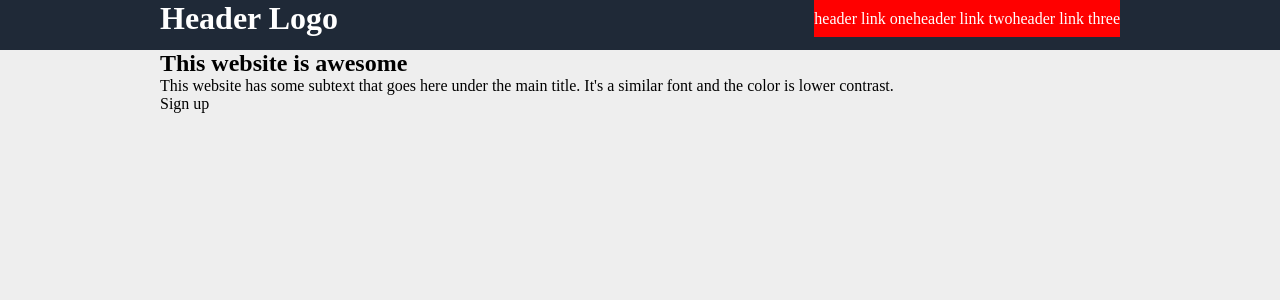
Repository: Pafestivo/Dummy-Landing-Page
Page: index.html
These files come from the project's save history. The page is drawn as it stood at one moment and after the next save; the edit follows.
The browser window is 1280 px wide. The pictures show the whole page.

Above is the page before, as saved 2022-09-26 17:45:35.

After the next save:
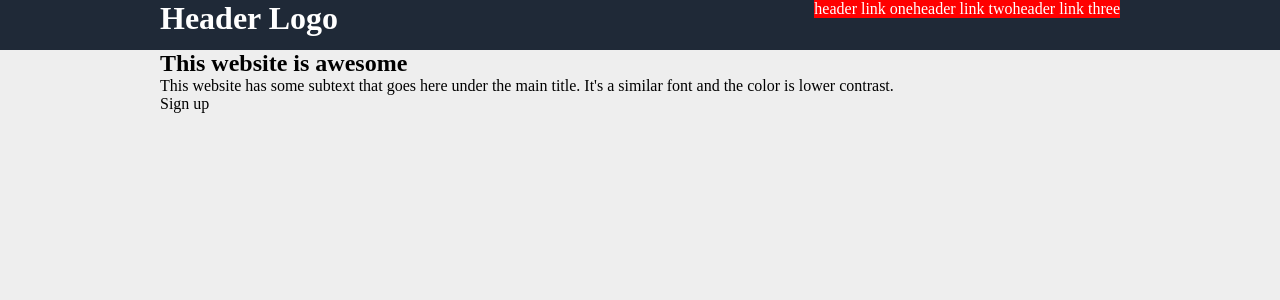
Saved 9 s later.
--- a/styles.css
+++ b/styles.css
@@ -33,6 +33,7 @@
 
 header nav {
   display: flex;
+  height: 100%;
   align-items: center;
   background-color: red;
 }

After the save that followed:
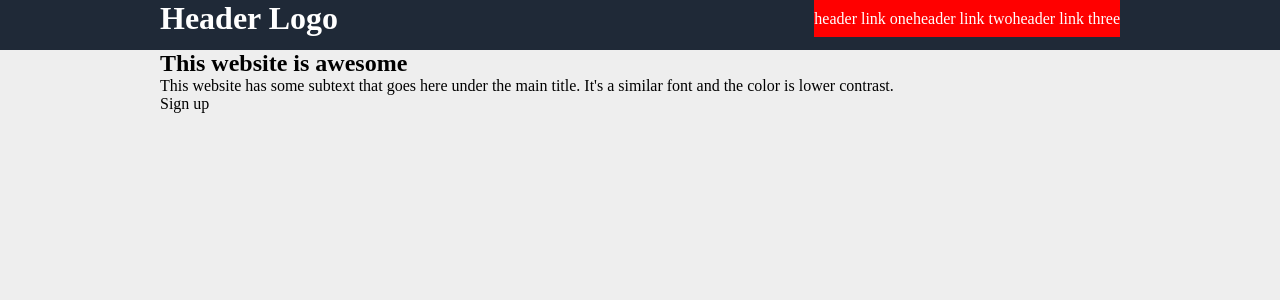
Saved 26 s later.
--- a/styles.css
+++ b/styles.css
@@ -33,7 +33,7 @@
 
 header nav {
   display: flex;
-  height: 100%;
+  min-height: 100%;
   align-items: center;
   background-color: red;
 }
